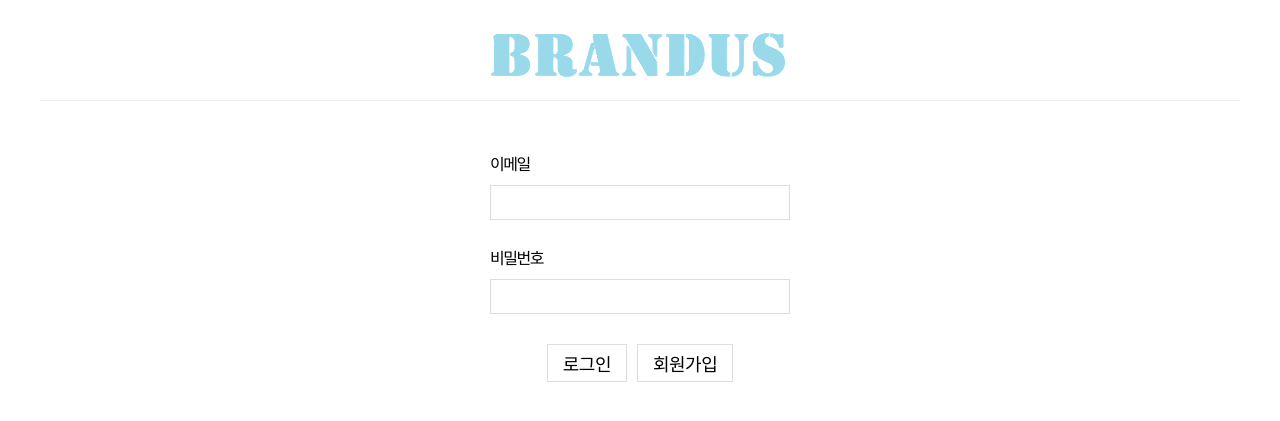
Repository: papahihi/barndus
Page: http://localhost/fundingProj/project/Login
An editor plug-in stored every save of this project. The page is shown before and after the next save, followed by the edit.
The browser window is 1280 px wide. The pictures show the whole page.
The page is served by Tomcat 9.

Above is the page before, as saved 2022-09-01 03:39:22.

After the next save:
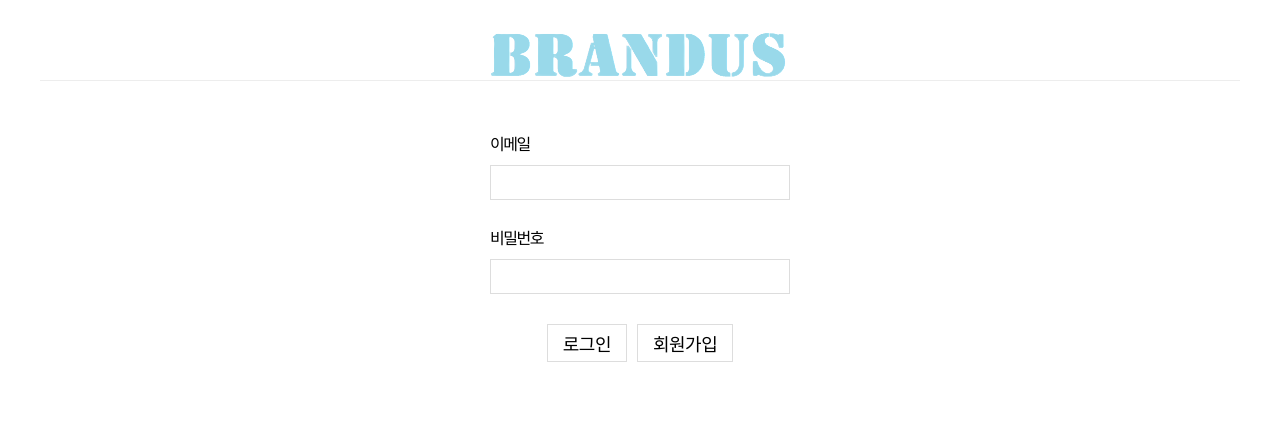
Saved 42 s later.
--- a/fundingTemp/fundingProj/src/main/webapp/view/css/common.css
+++ b/fundingTemp/fundingProj/src/main/webapp/view/css/common.css
@@ -38,7 +38,7 @@
 .buttonArea button {background-color: transparent; border: 1px solid #ddd; padding: 5px 15px; font-size: 18px; cursor: pointer;}
 
 /* gnb */
-.gnbWrap {display: flex; justify-content: center; align-items: center; margin-bottom: 20px; padding: 0 20px 20px; border-bottom: 1px solid #ededed;}
+.gnbWrap {display: flex; justify-content: center; align-items: center; margin-bottom: 20px; border-bottom: 1px solid #ededed;}
 .gnbProList a {display: flex; justify-content: center;}
 .gnbList {display: flex; justify-content: center;}
 .gnbList img {width:50%}

After the save that followed:
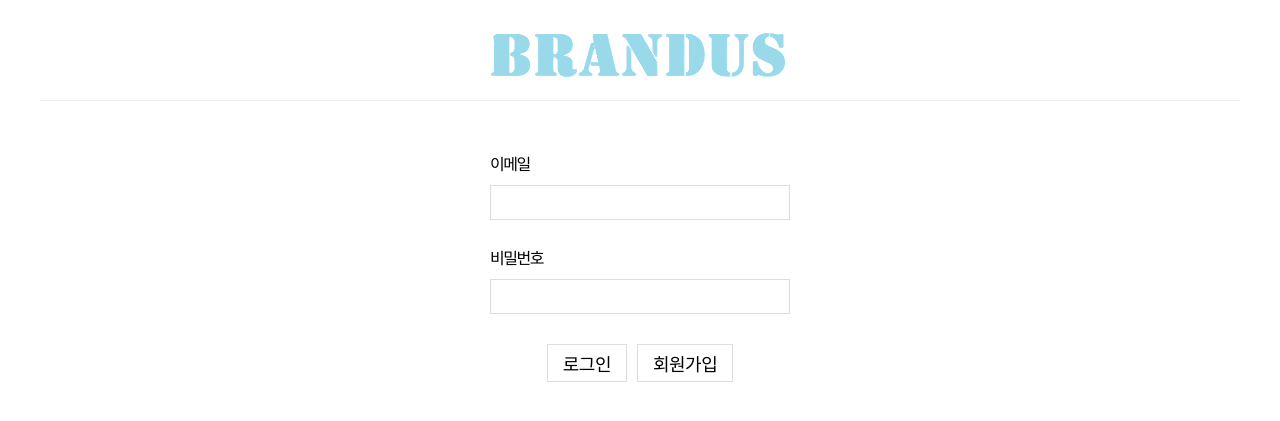
Saved 26 s later.
--- a/fundingTemp/fundingProj/src/main/webapp/view/css/common.css
+++ b/fundingTemp/fundingProj/src/main/webapp/view/css/common.css
@@ -38,11 +38,11 @@
 .buttonArea button {background-color: transparent; border: 1px solid #ddd; padding: 5px 15px; font-size: 18px; cursor: pointer;}
 
 /* gnb */
-.gnbWrap {display: flex; justify-content: center; align-items: center; margin-bottom: 20px; border-bottom: 1px solid #ededed;}
+.gnbWrap {display: flex; justify-content: center; align-items: center; margin-bottom: 20px; padding: 0 20px 20px; border-bottom: 1px solid #ededed;}
 .gnbProList a {display: flex; justify-content: center;}
 .gnbList {display: flex; justify-content: center;}
 .gnbList img {width:50%}
-.gnbList .gnbItem a {font-size: 20px; font-weight: 600;}
+.gnbList .gnbItem a {font-size: 20px; font-weight: 300;}
 .gnbList .gnbItem + .gnbItem {margin-left: 0px;}
 
 .myMenuList {display: flex; justify-content: center; margin-left: auto;}
